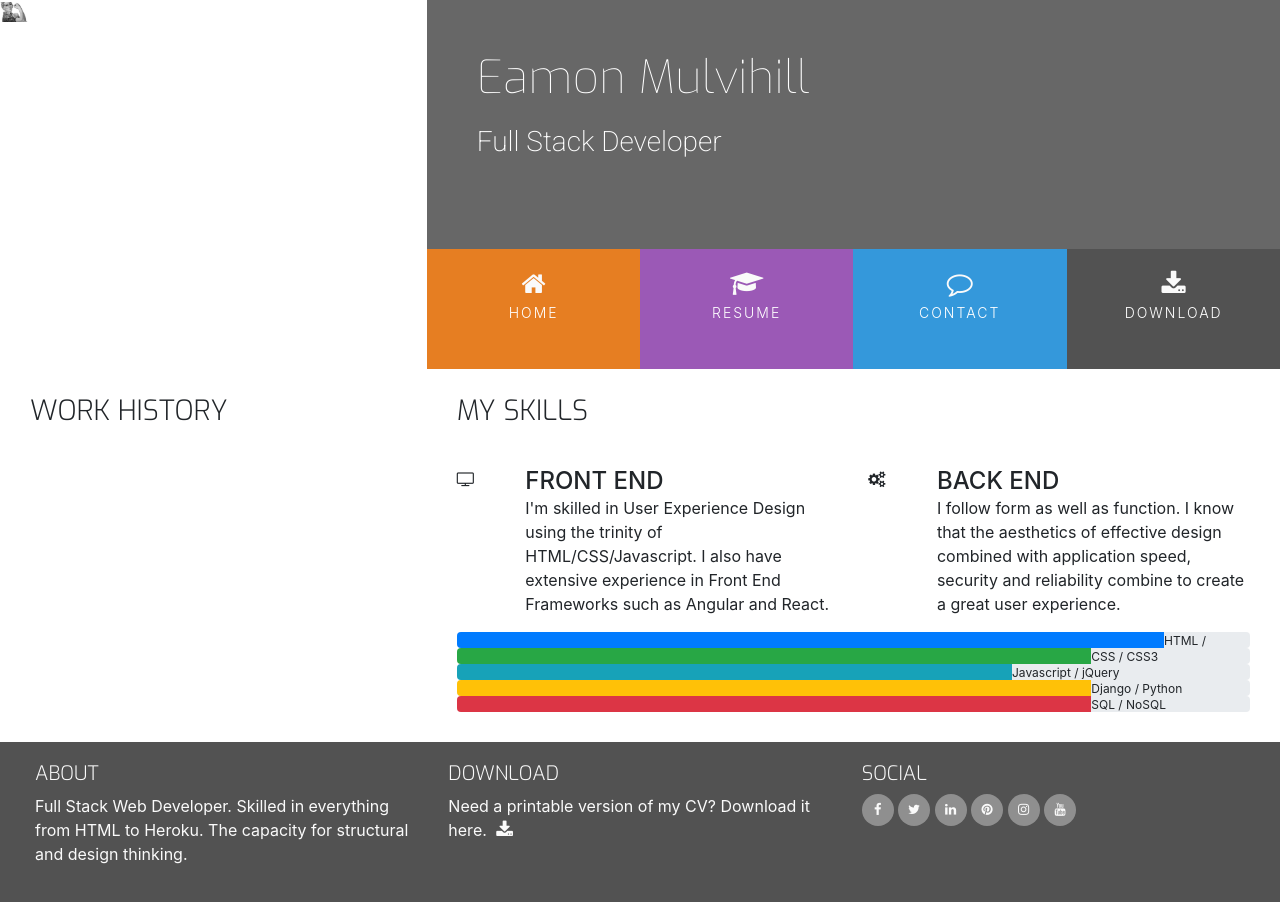
Repository: emulvihi/interactive-cv
Page: resume.html
The author's editor kept a record of every edit. The page is drawn from the files as they stood at one moment, then again after the next edit.
The browser window is 1280 px wide. The pictures show the whole page.

Above is the page before.

After the next edit:
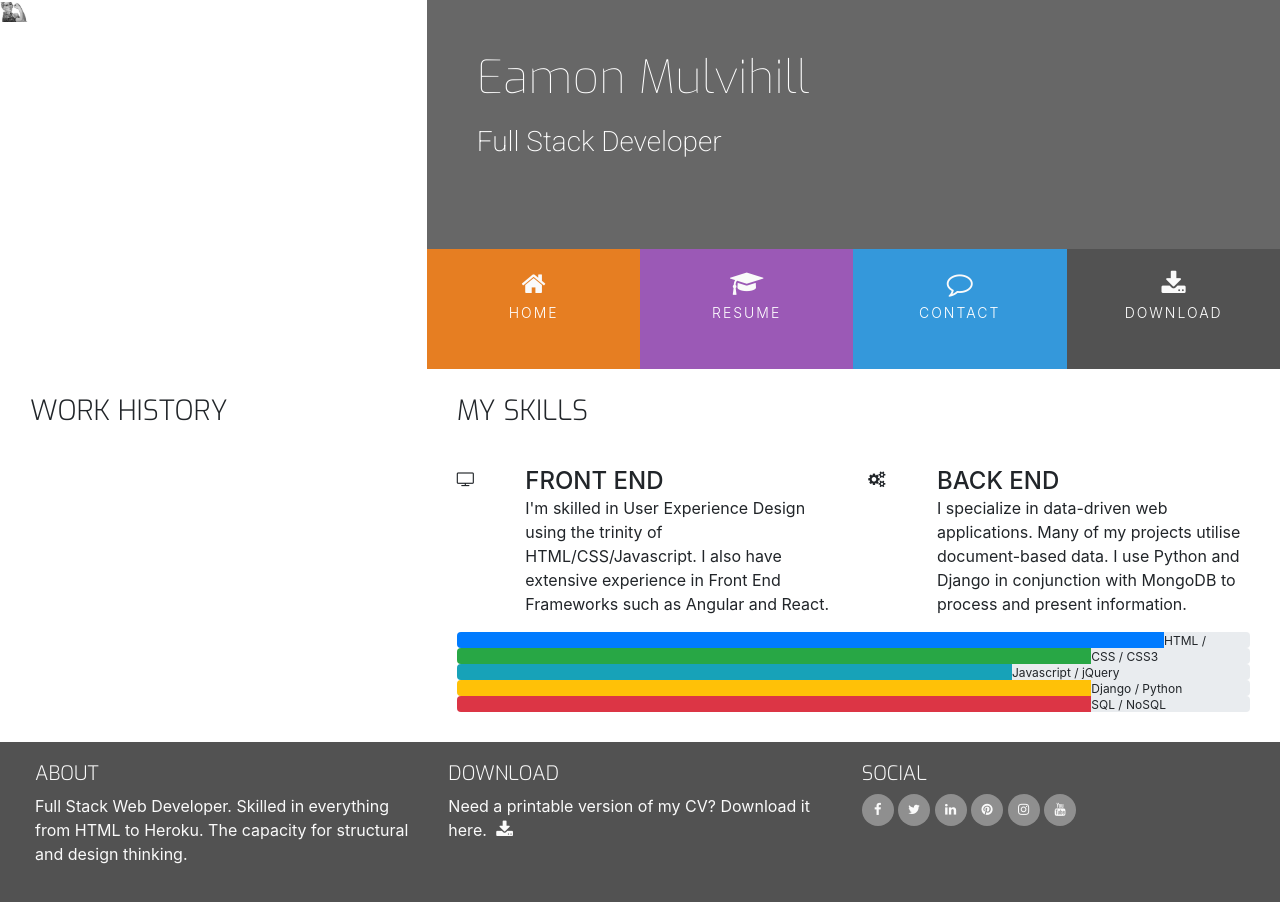
The edit:
--- a/resume.html
+++ b/resume.html
@@ -87,7 +87,7 @@
                             <div class="col-10">
                                 <h4 class="three-reasons-heading uppercase">Back End</h4>
                                 <p>
-                                    I follow form as well as function. I know that the aesthetics of effective design combined with application speed, security and reliability combine to create a great user experience.
+                                    I specialize in data-driven web applications. Many of my projects utilise document-based data. I use Python and Django in conjunction with MongoDB to process and present information.
                                 </p>
                             </div>
                         </div>
